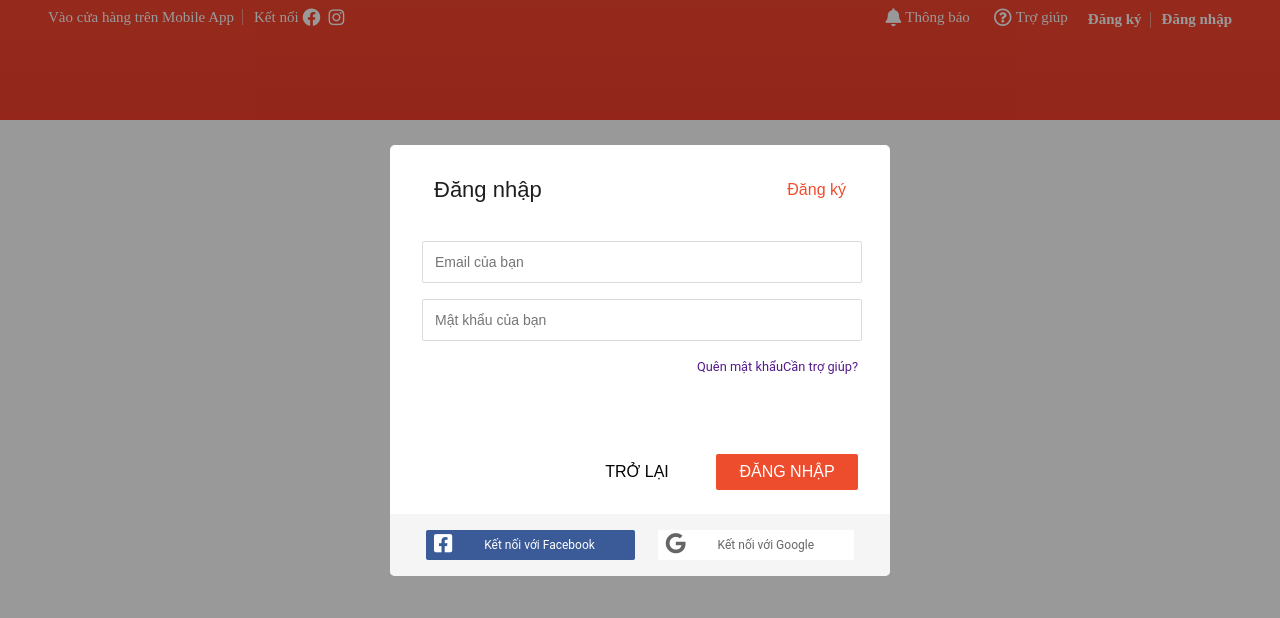
Repository: Qson412/BTL_Web
Page: index.html
An editor plug-in stored every save of this project. The page is shown before and after the next save, followed by the edit.
The browser window is 1280 px wide. The pictures show the whole page.

Above is the page before, as saved 2021-11-29 18:01:52.

After the next save:
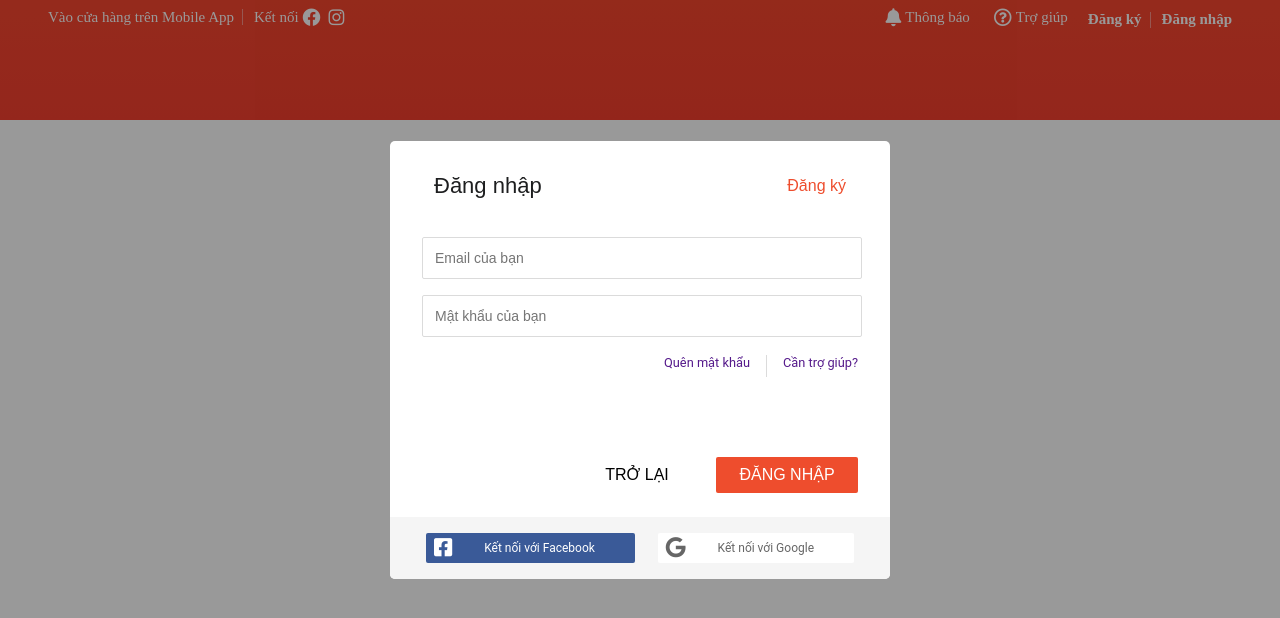
Saved 8 s later.
--- a/index.html
+++ b/index.html
@@ -187,6 +187,7 @@
                 <div class="auth-form__aside">
                     <div class="auth-form__help">
                         <a href="" class="auth-form__help-link">Quên mật khẩu</a>
+                        <span class="auth-form__help-separate"></span>
                         <a href="" class="auth-form__help-link">Cần trợ giúp?</a>
                     </div>
                 </div>
